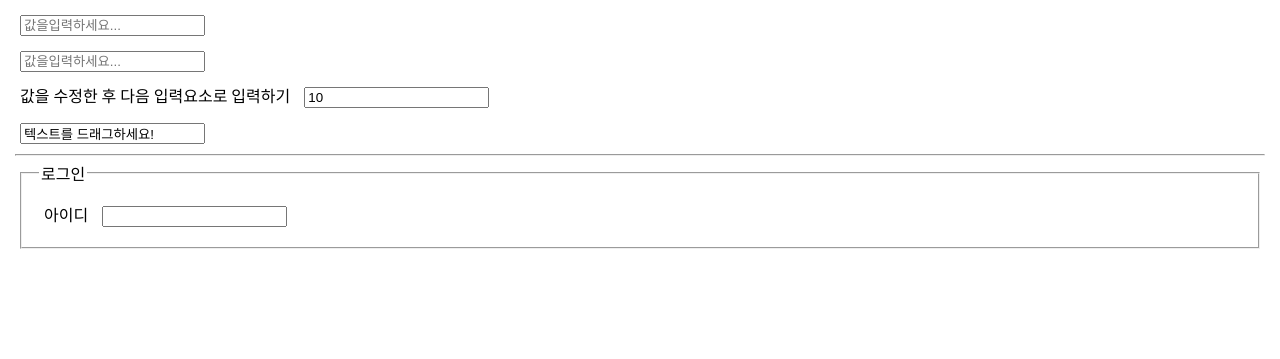
Repository: Junhee1412/front_end_practice
Page: jquery, bootstrap/js02_events/public/js05_input.html
These files come from the project's save history. The page is drawn as it stood at one moment and after the next save; the edit follows.
The browser window is 1280 px wide. The pictures show the whole page.

Above is the page before, as saved 2022-11-15 01:20:55.

### jquery, bootstrap/js02_events/public/js05_input.html
<!DOCTYPE html>
<html>
<head>
	<meta charset="UTF-8">
	<title>Insert title here</title>
		<script src="./js/jquery-3.6.1.min.js"></script>
	<style>
	*{margin:5px;}
	input[type=text].on{
	background-color:mediumseagreen;
	color:white;
	}
	p{
	display:none;
	color:#ff0000;/*red*/
	}
	</style>

	<script>
		$(function(){});
	</script>
</head>
<body>
	<div id="m1"><input type="text" placeholder="값을입력하세요..." /></div>
	<div id="m2"><input type="text" placeholder="값을입력하세요..." /></div>
	<div id="m3">
	<span>값을 수정한 후 다음 입력요소로 입력하기</span>
	<input type="number" value="10"/></div>
	<div id="m4">
	<input type="text" value="텍스트를 드래그하세요!"/></div>

	<hr />

	<form action="" class="myform">
	<fieldset>
		<legend>로그인</legend>
		<div>
			<label for="usrid">아이디</label>
			<input type="text" id="usrid">

		</div>
		<p class="msg1">아이디를 입력하세요</p>

	</fieldset>
	</form>

</body>
</html>

Loaded but not shown: jquery, bootstrap/js02_events/public/js/jquery-3.6.1.min.js (library)

After the next save:
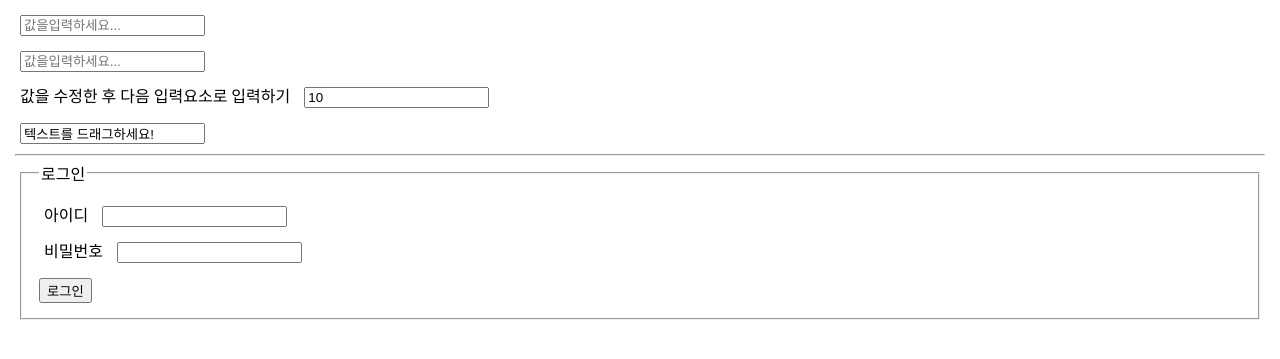
Saved 14 min 49 s later.
--- a/jquery, bootstrap/js02_events/public/js05_input.html
+++ b/jquery, bootstrap/js02_events/public/js05_input.html
@@ -37,10 +37,15 @@
 		<div>
 			<label for="usrid">아이디</label>
 			<input type="text" id="usrid">
-
 		</div>
 		<p class="msg1">아이디를 입력하세요</p>
 
+		<div>
+			<label for="usrpw">비밀번호</label>
+			<input type="text" id="usrpw">
+		</div>
+		<p class="msg2">비밀번호를 입력하세요</p>
+		<button>로그인</button>
 	</fieldset>
 	</form>
 
